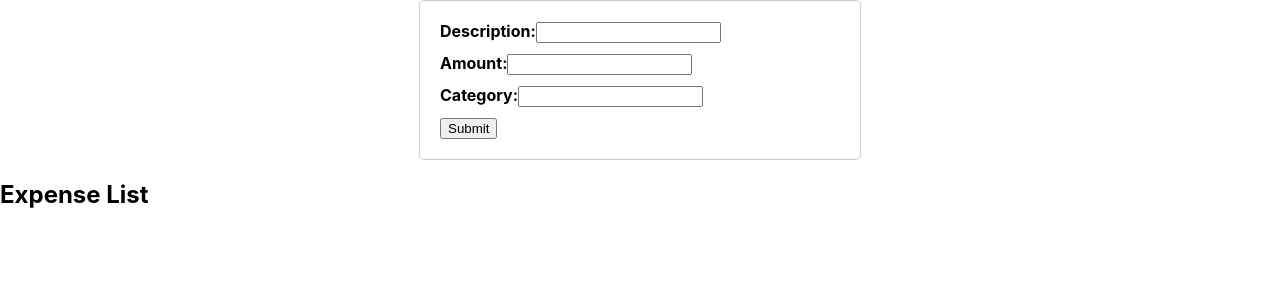
Repository: Victor-MGB/basic-expense-tracker
Page: / (app in expense-tracker/)
These files come from the project's save history. The page is drawn as it stood at one moment and after a run of saves; the edit follows.
The browser window is 1280 px wide. The pictures show the whole page.
The project was rebuilt for these pictures with package versions that can differ from the ones it lists, and the page was loaded fresh each time. Also part of the build but not shown: expense-tracker/src/component/ExpenseItem.js.

Above is the page before, as saved 2023-12-10 22:43:33.

### expense-tracker/src/App.js
import React, { useState } from 'react';
import { ExpenseForm } from './component/ExpenseForm';
import ExpenseList from './component/ExpenseList';
function App(){

  const [expense,setExpense]=useState([])
  const handleAddExpense=(newExpense)=>{
    setExpense([...expense,newExpense])
  }

  const handleDeleteExpense=(expenseId)=>{
    setExpense(expense.filter((expense)=>expense.id !== expenseId))
  }

  const handleUpdateExpense=(updatedExpense)=>{
    setExpense((prevExpense)=>prevExpense.map((expense)=>expense.id === updatedExpense.id ? updatedExpense : expense
    )
    )
  }
  return(
    <>
    <ExpenseForm onAddExpense={handleAddExpense}/>
    <ExpenseList expense={expense}
    onDeleteExpense={handleDeleteExpense}
    onUpdateExpense={handleUpdateExpense}/>
    </>
  )
}
export default App;

### expense-tracker/src/component/ExpenseForm.js
import React, { useState } from 'react'
export function ExpenseForm({onAddExpense}) {
    const [description,setDescription] = useState('');
    const [amount,setAmount] = useState('');
    const [category,setCategory] = useState('')

    const handleDescription=(e)=>{
        setDescription(e.target.value)
    }

    const handleAmount=(e)=>{
        setAmount(e.target.value)
    }

    const handleCategory =(e)=>{
        setCategory(e.target.value)
    }


    const handleSubmit=(e)=>{
        e.preventDefault()

        if(!description || !amount ||!category){
            alert('fill in the field')
            return;

        }

        const newExpense = {
            id:Date.now(),
            description,
            amount:parseFloat(amount),
            category,
        }

        onAddExpense(newExpense);

        setDescription('');
        setAmount('');
        setCategory('')
    }

    const formStyle ={
        maxWidth:'400px',
        margin:'auto',
        padding:'20px',
        border:'1px solid #ccc',
        borderRadius:'5px'
    }

    const labelStyle={
        display:'block',
        marginBottom:'10px',
        fontWeight:'bold'
    }

    const inputStyle ={
        width:'100%',
        padding:'8px',
        marginBottom:'10px',
        boxSizing:'border-box'
    }

    return (
        <>
           <form onSubmit={handleSubmit} style={formStyle}>
            <label style={labelStyle}>
                Description:
                <input type='text' value={description} onChange={handleDescription}/>
            </label>

            <label style={labelStyle}>
                Amount:
                <input type='text' value={amount} onChange={handleAmount}/>
            </label>

            <label style={labelStyle}>
                Category:
                <input type='text' value={category} onChange={handleCategory}/>
            </label>

            <button type='submit'> Submit</button>
            </form>
        </>
    )
}

### expense-tracker/src/component/ExpenseList.js
import React from 'react'
import ExpenseItem from './ExpenseItem'

function ExpenseList({expense,onDeleteExpense,onUpdateExpense}) {
  return (
    <div>
        <h2>Expense List</h2>
        <ul>
            {
                expense.map((expense)=>(
                    <li key={expense.id}>
                        <ExpenseItem expense={expense}
                        onDeleteExpense={onDeleteExpense}
                        onUpdateExpense={onUpdateExpense}/>
                    </li>
                ))
            }
        </ul>
    </div>
  )
}

export default ExpenseList

Loaded but not shown: expense-tracker/public/index.html (common file); expense-tracker/src/index.js (common file); expense-tracker/src/index.css (common file); expense-tracker/src/reportWebVitals.js (common file)

After the next 3 saves:
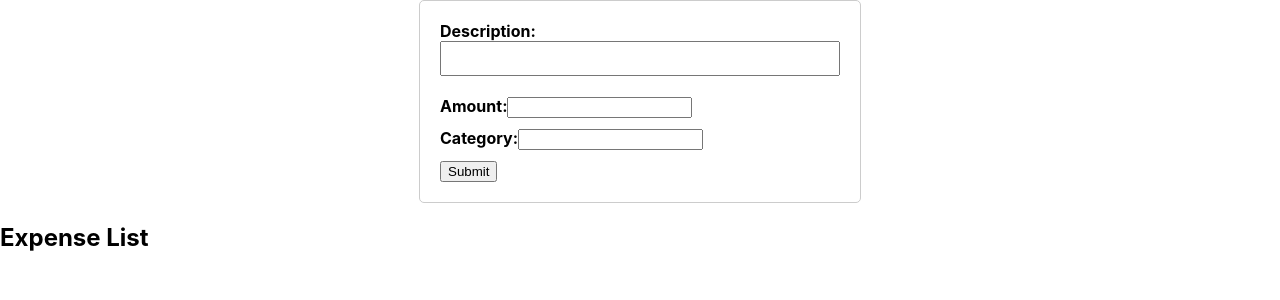
The 3 saves are shown as one change because they came seconds apart.
The last was saved 15 s later.
--- a/expense-tracker/src/component/ExpenseForm.js
+++ b/expense-tracker/src/component/ExpenseForm.js
@@ -66,7 +66,7 @@ export function ExpenseForm({onAddExpense}) {
            <form onSubmit={handleSubmit} style={formStyle}>
             <label style={labelStyle}>
                 Description:
-                <input type='text' value={description} onChange={handleDescription}/>
+                <input type='text' value={description} onChange={handleDescription} style={inputStyle}/>
             </label>
 
             <label style={labelStyle}>
